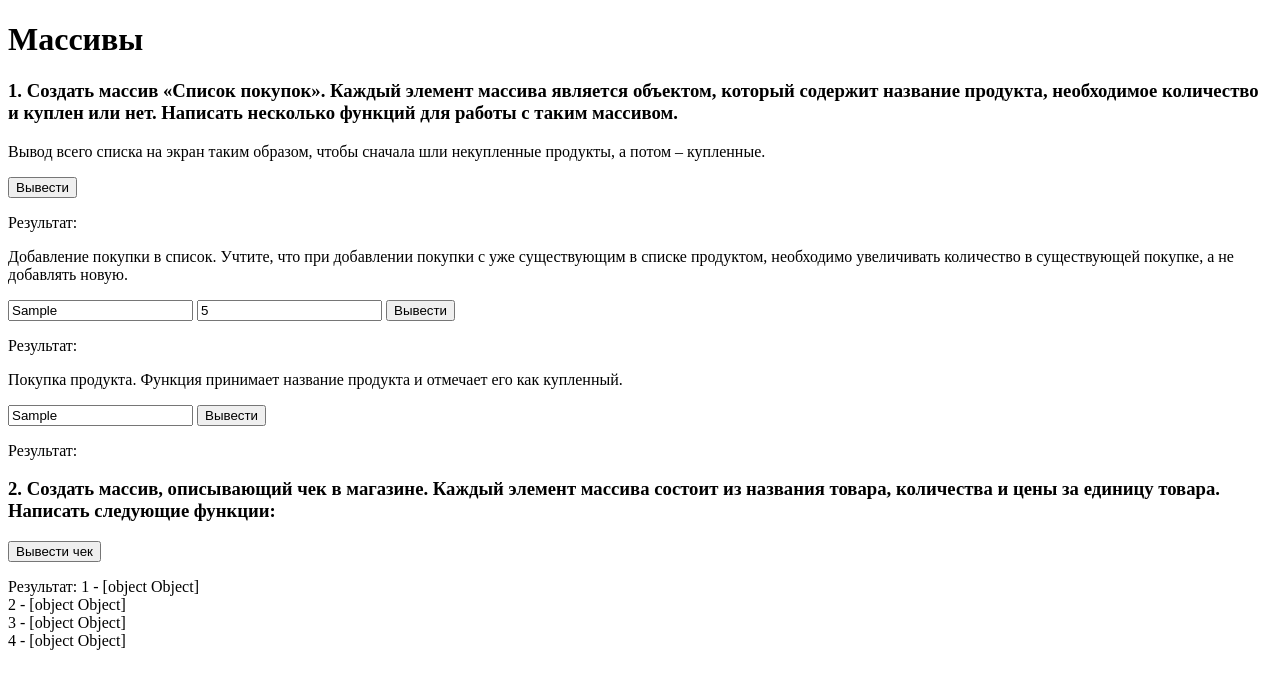
Repository: NastyaGavrilova/Beetroot-js
Page: HW5/index.html
An editor plug-in stored every save of this project. The page is shown before and after the next save, followed by the edit.
The browser window is 1280 px wide. The pictures show the whole page.
Empty fields were first filled with sample values (such as "Sample", 5 or name@example.com).
After loading, the first visible `#js-task2-btn1` was clicked once.

Above is the page before, as saved 2021-10-21 17:18:50.

### HW5/index.html
<!DOCTYPE html>
<html lang="en">
  <head>
    <meta charset="UTF-8" />
    <meta http-equiv="X-UA-Compatible" content="IE=edge" />
    <meta name="viewport" content="width=device-width, initial-scale=1.0" />
    <title>Arrays</title>
  </head>
  <body>
    <h1>Массивы</h1>
    <section class="c-task1">
      <div class="c-task1__wrapper">
        <h3 class="title">
          1. Создать массив «Список покупок». Каждый элемент массива является
          объектом, который содержит название продукта, необходимое количество и
          куплен или нет. Написать несколько функций для работы с таким
          массивом.
        </h3>
        <p class="paragraph">
          Вывод всего списка на экран таким образом, чтобы сначала шли
          некупленные продукты, а потом – купленные.
        </p>
        <button id="js-task1-btn1">Вывести</button>
        <p class="paragraph">Результат: <span id="js-task1-span1"></span></p>
        <p class="paragraph">
          Добавление покупки в список. Учтите, что при добавлении покупки с уже
          существующим в списке продуктом, необходимо увеличивать количество в
          существующей покупке, а не добавлять новую.
        </p>
        <form action="#" method="get">
          <input
            type="text"
            id="js-task1-input1"
            placeholder="Название продукта"
          />
          <input type="number" id="js-task1-input2" placeholder="Кол-во" />
          <button id="js-task1-btn2">Вывести</button>
        </form>
        <p class="paragraph">Результат: <span id="js-task1-span2"></span></p>
        <p class="paragraph">
          Покупка продукта. Функция принимает название продукта и отмечает его
          как купленный.
        </p>
        <form action="#" method="get">
          <input
            type="text"
            id="js-task1-input4"
            placeholder="Название продукта"
          />
          <button id="js-task1-btn3">Вывести</button>
        </form>
        <p class="paragraph">Результат: <span id="js-task1-span3"></span></p>
      </div>
    </section>
    <section class="c-task2">
      <div class="c-task2__wrapper">
        <h3 class="title">
          2. Создать массив, описывающий чек в магазине. Каждый элемент массива
          состоит из названия товара, количества и цены за единицу товара.
          Написать следующие функции:
        </h3>
        <button id="js-task2-btn1">Вывести чек</button>
        <p>Результат: <span id="js-task2-span1"></span></p>
      </div>
    </section>
    <script src="index.js"></script>
  </body>
</html>

### HW5/index.js
// task 1

class Product {
  constructor(params = {}) {
    Object.assign(
      this,
      {
        nameOfProduct: null,
        amount: 1,
        bought: false,
      },
      { ...params }
    );
  }
  // словие сортировки для метода sort
  static sortDefault(a, b) {
    return (
      (a.bought - b.bought) * 10 +
      a.nameOfProduct.localeCompare(b.nameOfProduct)
    );
  }
  // метод для вывода списка
  static showProduct(a) {
    return ` ${a.nameOfProduct} (x${a.amount}) ${
      a.bought ? "куплено" : "не куплено"
    }`;
  }
}
// масив обьектов продуктов
let shopList = [
  { nameOfProduct: "Банан", amount: 2 },
  { nameOfProduct: "Апельсин", amount: 5, bought: true },
  { nameOfProduct: "Молоко", bought: true },
  { nameOfProduct: "Груша", amount: 10 },
].map((prodDef) => new Product(prodDef));

// добавление покупки
let addToShopList = (prodDef) => {
  // при добавлении покупки с уже существующим в списке продуктом, необходимо увеличивать количество в существующей покупке, а не добавлять новую
  let prod = shopList.find(
    (prod) => prod.nameOfProduct === prodDef.nameOfProduct
  );
  if (!prod) return shopList.push(new Product(prodDef));
  prod.amount += prodDef.amount;
};
// функция куаленного продукта
let boughtProduct = (product) => {
  // при вводе существующего продукта его статус меняеться на "куплено"
  let prod = shopList.find(
    (prod) => prod.nameOfProduct === product.nameOfProduct
  );
  if (!prod.bought) return (prod.bought += true);
};
// кнопка для функции сортировки и вівода
let btn1 = document.getElementById("js-task1-btn1");
btn1.addEventListener("click", (e) => {
  e.preventDefault();
  let showSortByBought = document.getElementById("js-task1-span1");
  shopList.sort(Product.sortDefault);
  return (showSortByBought.innerHTML = shopList.map(Product.showProduct));
});
// кнопка для добавления сортировки и вівода
let btn1_2 = document.getElementById("js-task1-btn2");
btn1_2.addEventListener("click", (e) => {
  e.preventDefault();
  let showAddProduct = document.getElementById("js-task1-span2");
  let nameProd = document.getElementById("js-task1-input1");
  let amountProd = document.getElementById("js-task1-input2");
  addToShopList({
    _nameOfProduct: nameProd.value,
    get nameOfProduct() {
      return this._nameOfProduct;
    },
    set nameOfProduct(value) {
      this._nameOfProduct = value;
    },
    amount: +amountProd.value,
  });
  shopList.sort(Product.sortDefault);
  return (showAddProduct.innerHTML = shopList.map(Product.showProduct));
});
// кнопка для изменения статуса продукта, сортировки и вівода
let btn1_3 = document.getElementById("js-task1-btn3");
btn1_3.addEventListener("click", (e) => {
  let showBoughtPoduct = document.getElementById("js-task1-span3");
  let nameProduct = document.getElementById("js-task1-input4");
  boughtProduct({ nameOfProduct: nameProduct.value });
  shopList.sort(Product.sortDefault);
  return (showBoughtPoduct.innerHTML = shopList.map(Product.showProduct));
});

// task 2

class ShopCheck {
  constructor(params = {}) {
    Object.assign(
      this,
      {
        nameShopProduct: null,
        price: 1,
        amount: 1,
      },
      { ...params }
    );
  }
  // static showProductsCheck(a) {
  //   return `${a.nameShopProduct} (x${a.amount}), цена ${a.price} за 1 ед.`;
  // }
  // словие сортировки для метода sort
  // static sortDefault(a, b) {
  //   return (
  //     (a.bought - b.bought) * 10 +
  //     a.nameOfProduct.localeCompare(b.nameOfProduct)
  //   );
  // }
  // метод для вывода списка
  // static showProduct(a) {
  //   return ` ${a.name} (x${a.amount}) ${a.bought ? "куплено" : "не куплено"}`;
  // }
}
let shopCheck = [
  {
    nameOfProduct: "Зубная паста",
    price: 30,
  },
  {
    nameOfProduct: "Бананы",
    price: 5,
    amount: 4,
  },
  {
    nameOfProduct: "Губки (упаковка)",
    price: 30,
    amount: 4,
  },
  {
    nameOfProduct: "Капуста",
    price: 35,
    amount: 2,
  },
  {
    nameOfProduct: "Кастрюля",
    price: 150,
    amount: 1,
  },
];

ShopCheck.prototype.toString = function checkToString() {
  return `${this.nameOfProduct} (x${this.amount}), ${this.price}`;
};
let showCheckList = (spanEl) => {
  let str = " ";
  for (let i = 1; i < shopCheck.length; i++) {
    if (shopCheck[i] !== undefined)
      str += i + " - " + shopCheck[i].toString() + "<br>";
    console.log(shopCheck[i].toString());
  }
  return (spanEl.innerHTML = str);
};

let btn2 = document.getElementById("js-task2-btn1");
btn2.addEventListener("click", (e) => {
  e.preventDefault();
  let outputShopCheck = document.getElementById("js-task2-span1");
  showCheckList(outputShopCheck);
});

After the next save:
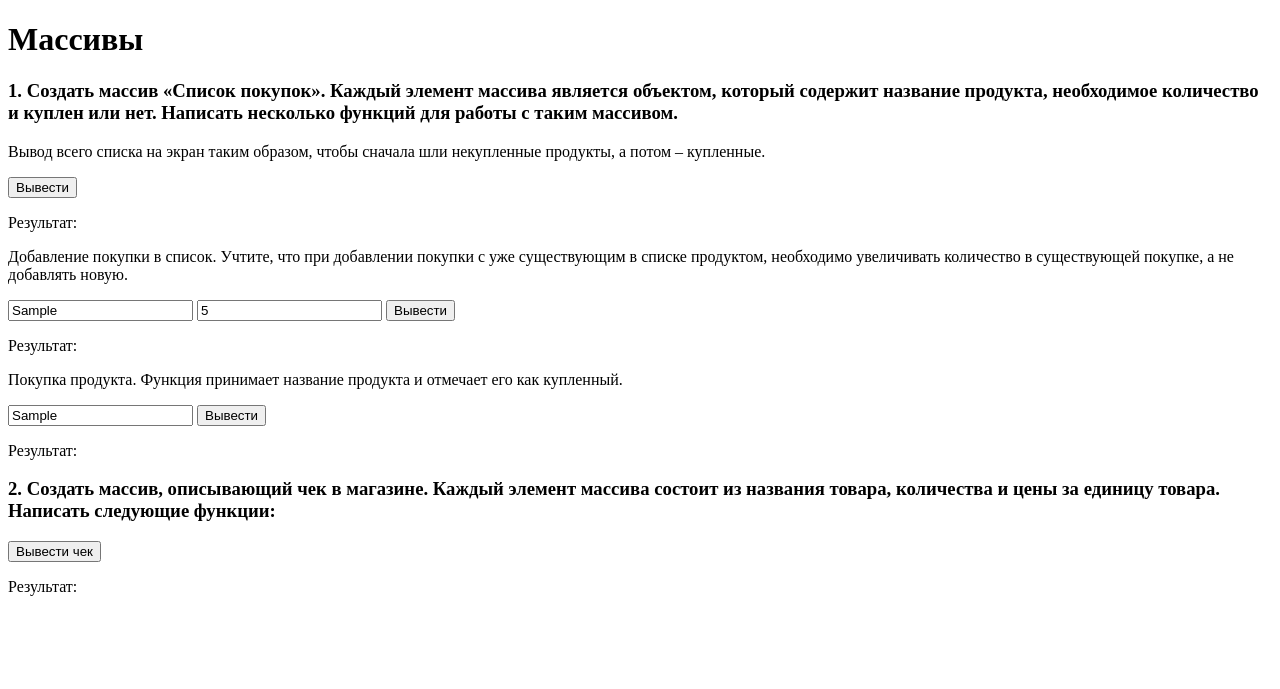
Console error: TypeError: shopCheck[i].map is not a function
Saved 115 s later.
--- a/HW5/index.js
+++ b/HW5/index.js
@@ -117,6 +117,9 @@ class ShopCheck {
   // static showProduct(a) {
   //   return ` ${a.name} (x${a.amount}) ${a.bought ? "куплено" : "не куплено"}`;
   // }
+  static checkToString() {
+    return `${this.nameOfProduct} (x${this.amount}), ${this.price}`;
+  }
 }
 let shopCheck = [
   {
@@ -145,15 +148,12 @@ let shopCheck = [
   },
 ];
 
-ShopCheck.prototype.toString = function checkToString() {
-  return `${this.nameOfProduct} (x${this.amount}), ${this.price}`;
-};
 let showCheckList = (spanEl) => {
   let str = " ";
   for (let i = 1; i < shopCheck.length; i++) {
     if (shopCheck[i] !== undefined)
       str += i + " - " + shopCheck[i].toString() + "<br>";
-    console.log(shopCheck[i].toString());
+    console.log(shopCheck[i].map(ShopCheck.checkToString));
   }
   return (spanEl.innerHTML = str);
 };

After the 2 saves that followed:
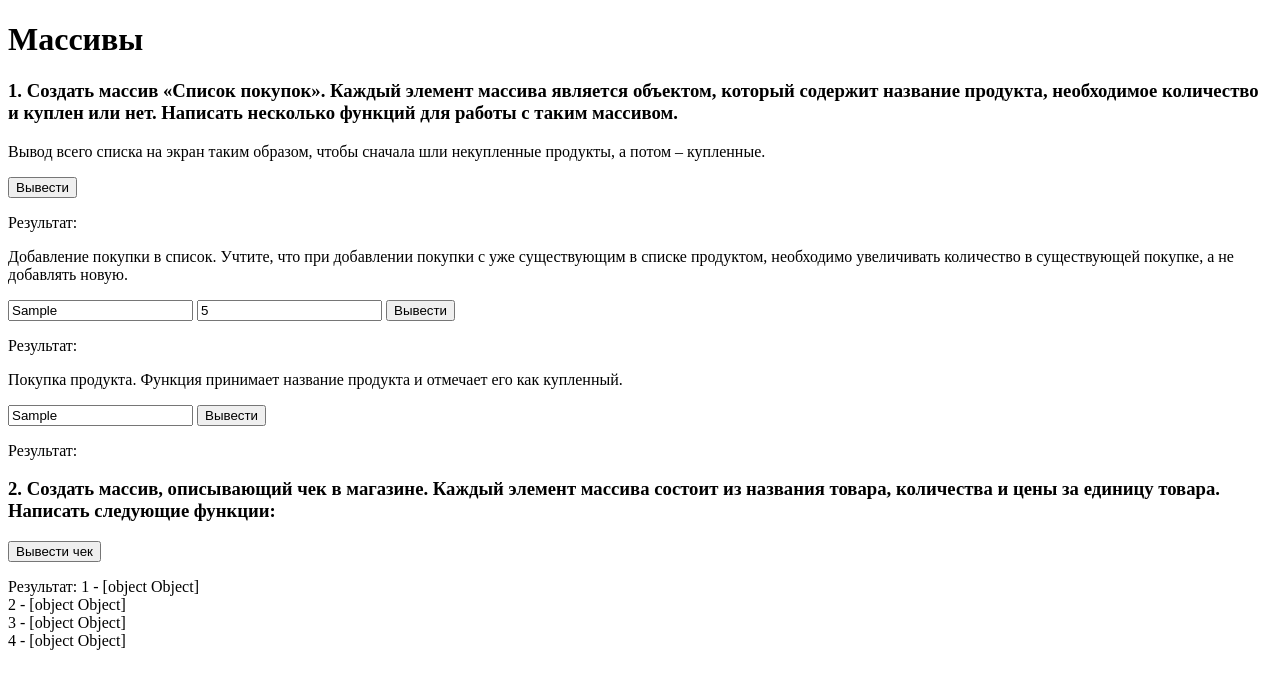
The error is gone.
The 2 saves are shown as one change because 1 left the picture as it was.
The last was saved 61 s later.
--- a/HW5/index.js
+++ b/HW5/index.js
@@ -153,7 +153,7 @@ let showCheckList = (spanEl) => {
   for (let i = 1; i < shopCheck.length; i++) {
     if (shopCheck[i] !== undefined)
       str += i + " - " + shopCheck[i].toString() + "<br>";
-    console.log(shopCheck[i].map(ShopCheck.checkToString));
+    console.log(shopCheck[i]);
   }
   return (spanEl.innerHTML = str);
 };
